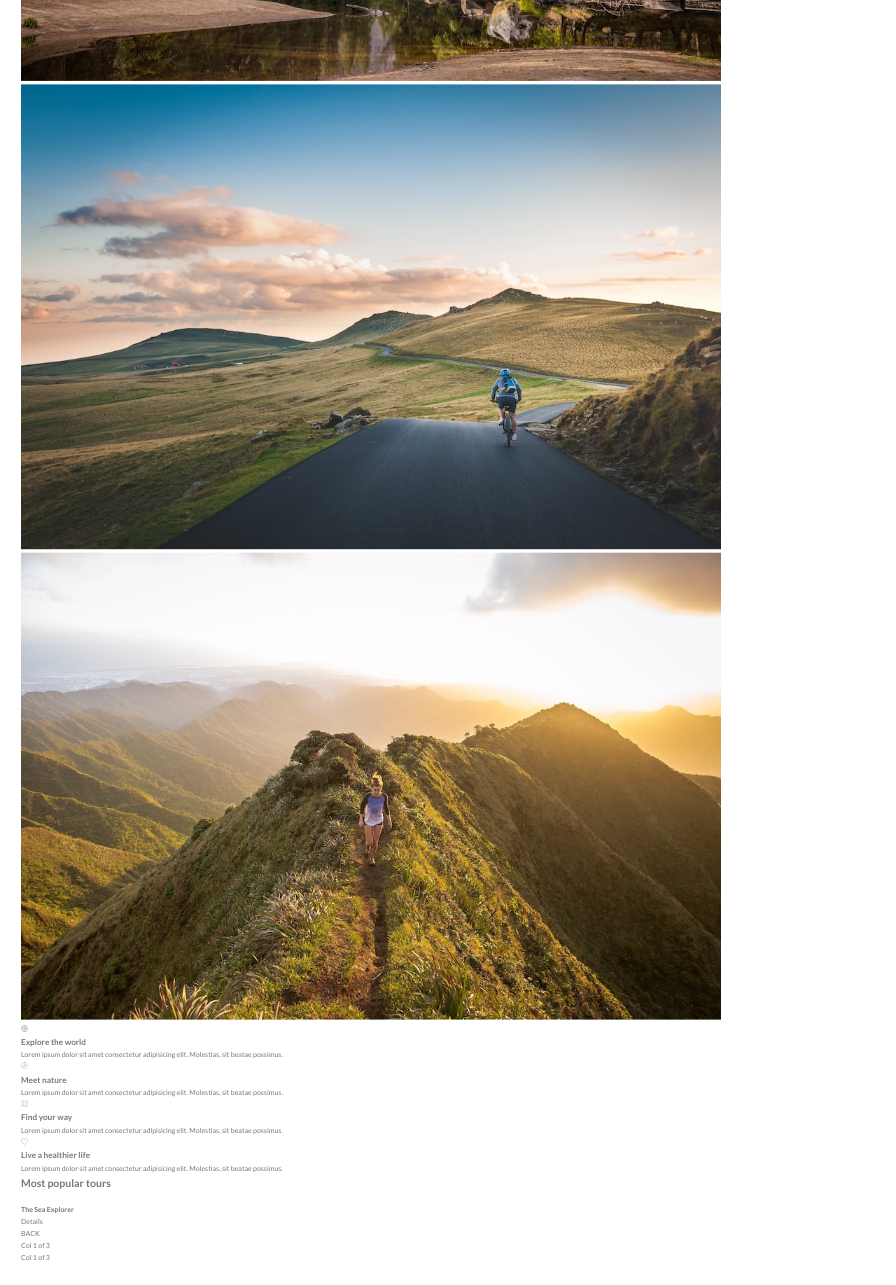
Repository: MalgorzataMazur/Natours
Page: index.html
These files come from the project's save history. The page is drawn as it stood at one moment and after the next save; the edit follows.
The browser window is 1280 px wide. The pictures show the part of the page from y = 1381 to 3301 px (the page is 3216 px tall before and 3301 px after), at 70% of full size.
The style sheet was rebuilt from its Sass, Less or Tailwind sources for each picture, by a compiler version that may differ from the author's.

Above is the page before, as saved 2020-02-17 22:48:24.

After the next save:
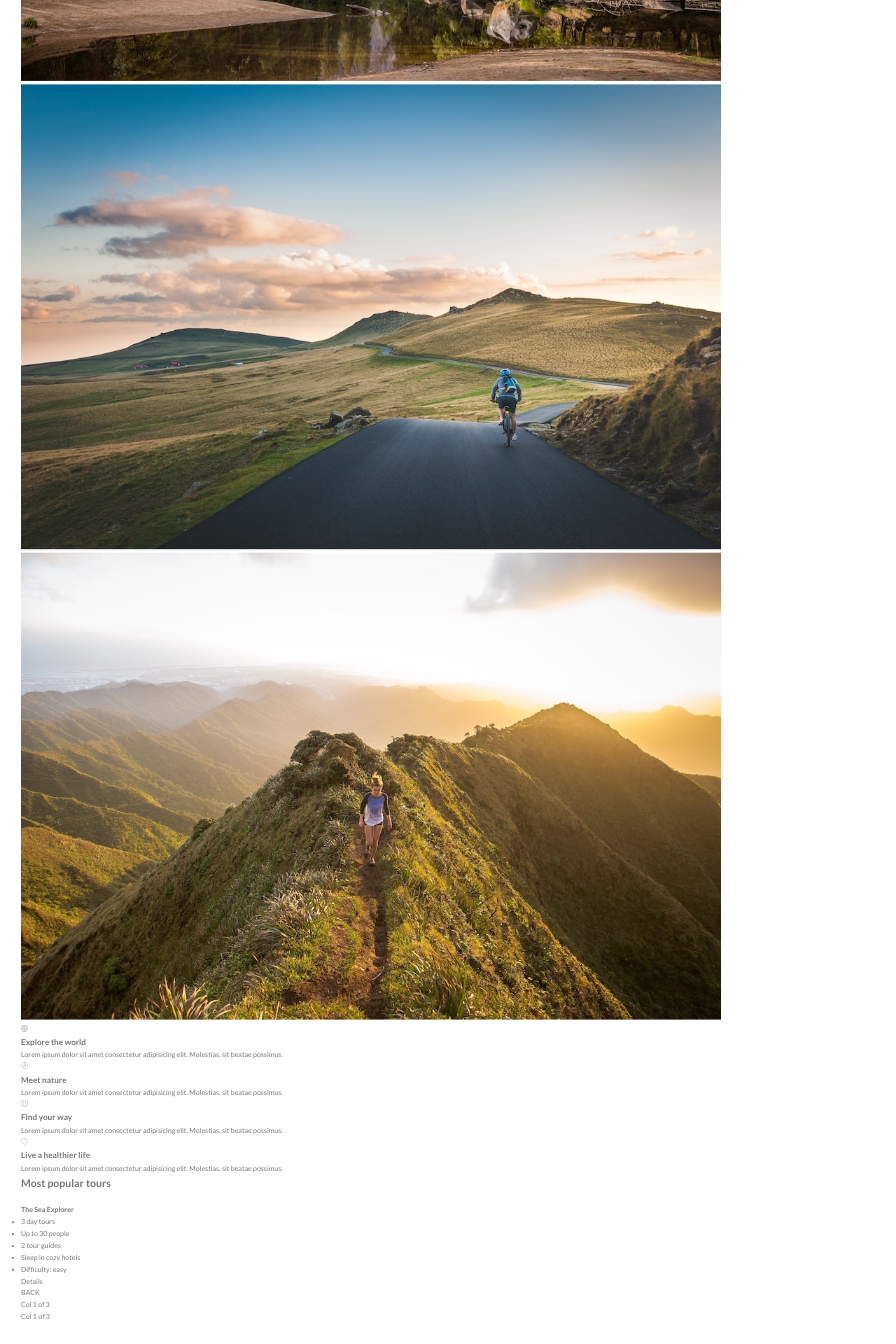
Saved 16 min 37 s later.
--- a/index.html
+++ b/index.html
@@ -130,6 +130,13 @@
                                 </span>
                             </h4>
                             <div class="card__details">
+                                <ul>
+                                    <li>3 day tours</li>
+                                    <li>Up to 30 people</li>
+                                    <li>2 tour guides</li>
+                                    <li>Sleep in cozy hotels</li>
+                                    <li>Difficulty: easy</li>
+                                </ul>
                                 Details
                             </div>
                         </div>
